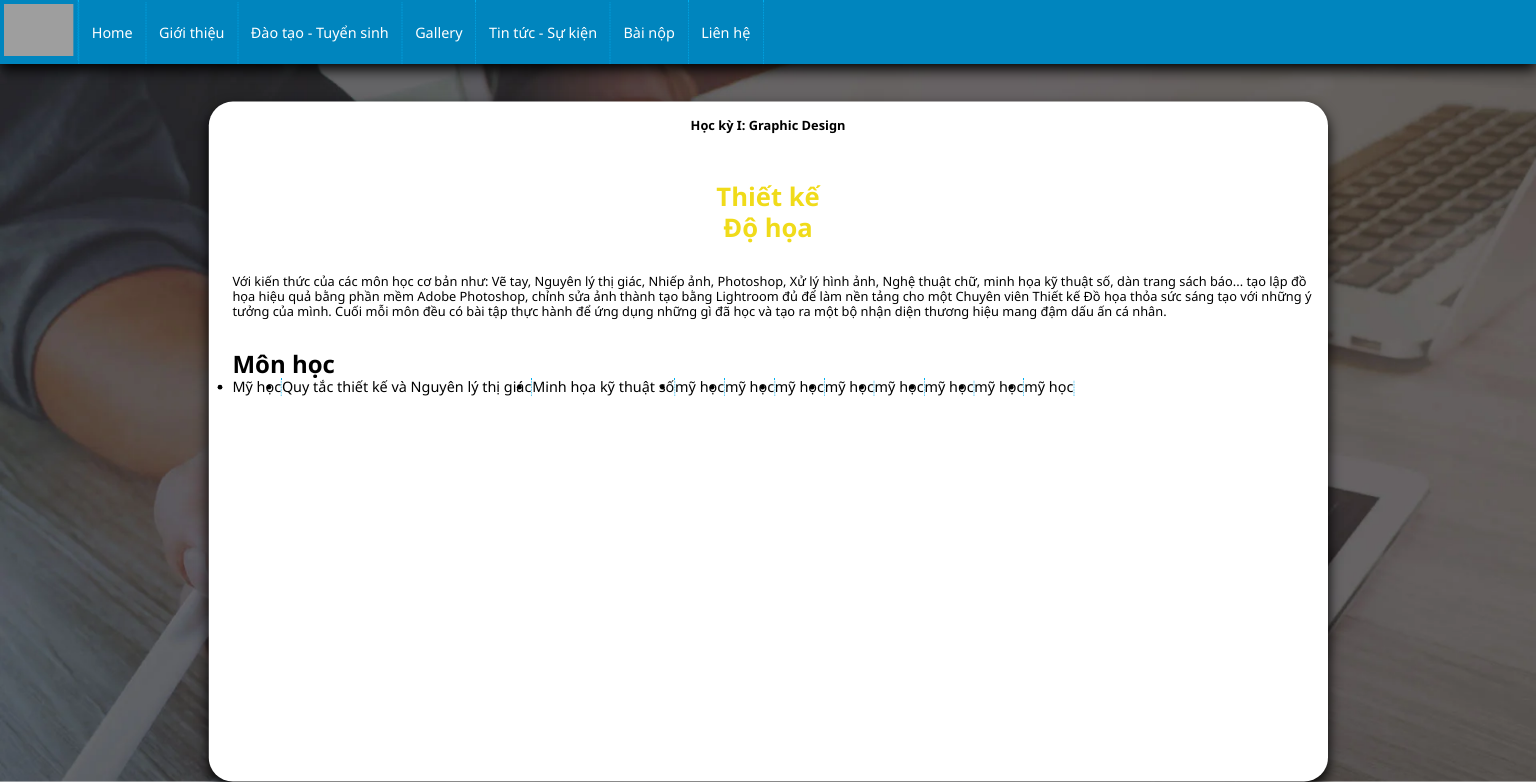
Repository: arena-dttan/dcw-final-exam-d2107m1
Page: final-list/DCW_Final_5_Nguyen-Thi-Thu-Huong_D2107M1/chuong-trinh-dao-tao.html
The author's editor kept a copy of each file at every save. The page is drawn from the files as they stood at one save, then again after a run of saves.
The browser window is 1280 px wide. The page is 1920 px wide, so the pictures cover 1920 px, including what lies to the right of the window. The pictures show the whole page, at 80% of full size.
Pictures or frames that could not be fetched are drawn as grey boxes.

Above is the page before, as saved 2022-06-26 19:48:42.

After the next 4 saves:
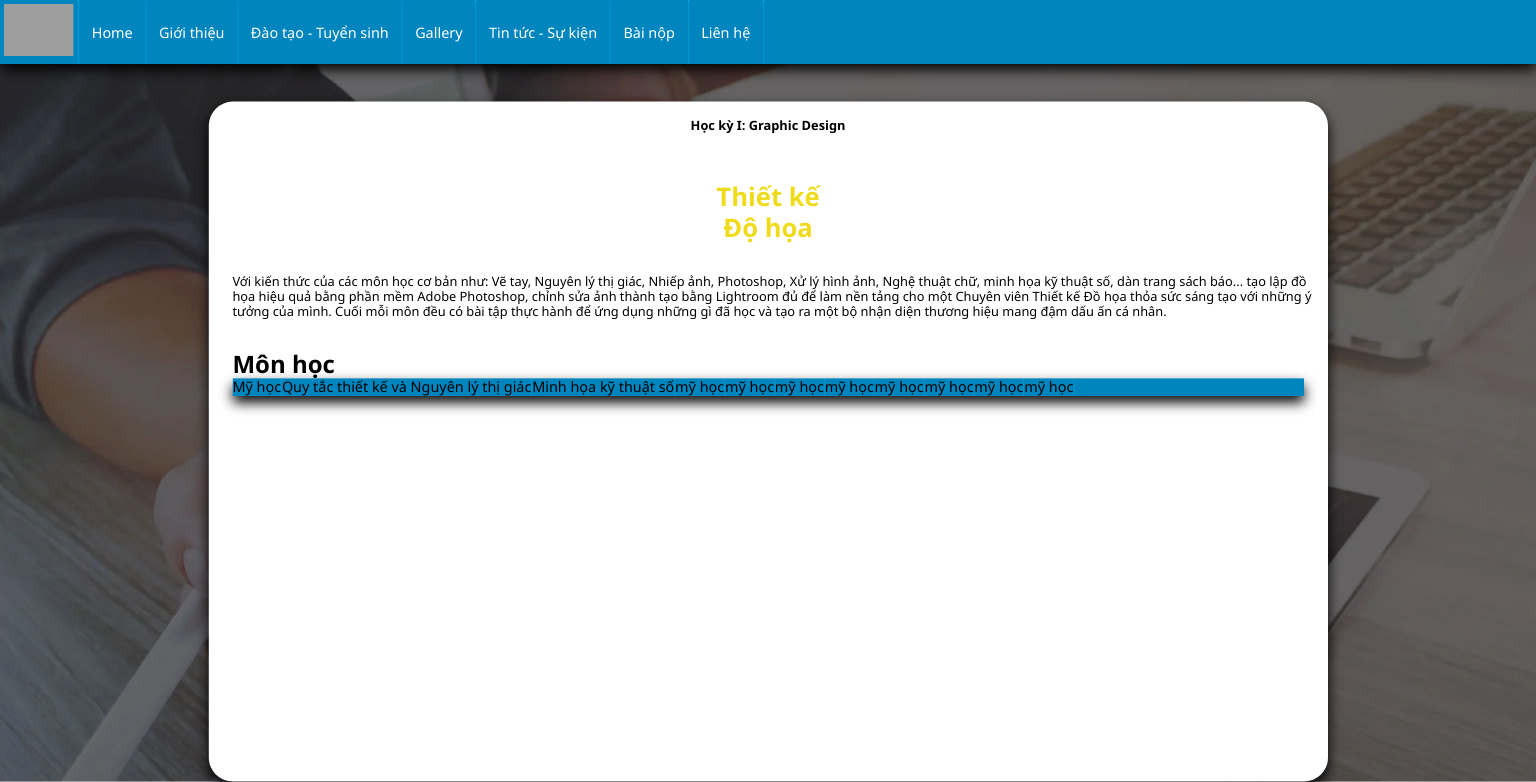
The 4 saves are shown as one change because they came seconds apart.
The last was saved 29 s later.
--- a/final-list/DCW_Final_5_Nguyen-Thi-Thu-Huong_D2107M1/chuong-trinh-dao-tao.html
+++ b/final-list/DCW_Final_5_Nguyen-Thi-Thu-Huong_D2107M1/chuong-trinh-dao-tao.html
@@ -79,7 +79,7 @@
                             <br>
                         </p>
                         <h3><b>Môn học</b></h3>
-                        <ul class="a b">
+                        <ul id="a b">
                             <li>Mỹ học</li>
                             <li>Quy tắc thiết kế và Nguyên lý thị giác</li>
                             <li>Minh họa kỹ thuật số</li>

After the 6 saves that followed:
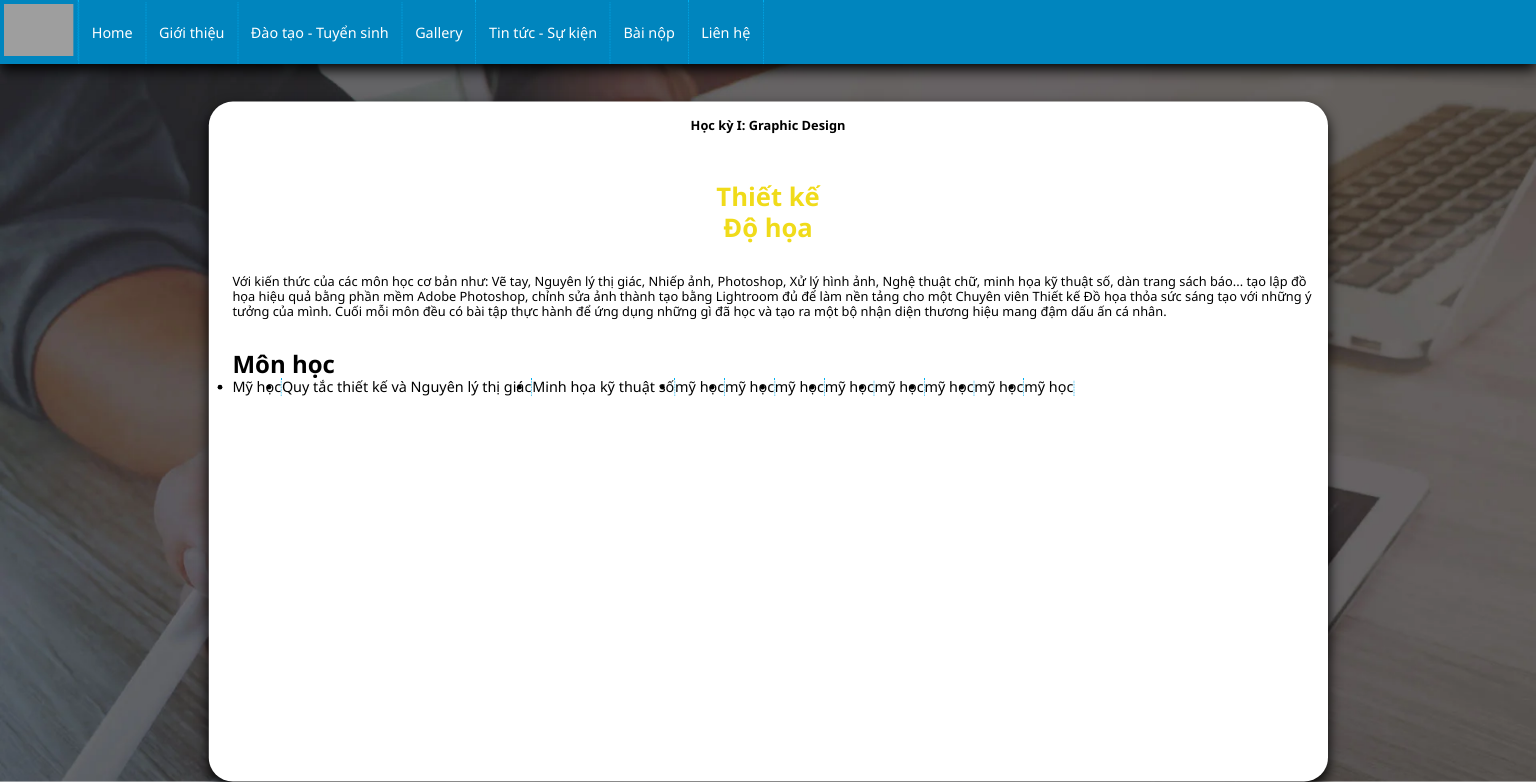
The 6 saves are shown as one change because 2 left the picture as it was and some came seconds apart.
The last was saved 42 s later.
--- a/final-list/DCW_Final_5_Nguyen-Thi-Thu-Huong_D2107M1/chuong-trinh-dao-tao.html
+++ b/final-list/DCW_Final_5_Nguyen-Thi-Thu-Huong_D2107M1/chuong-trinh-dao-tao.html
@@ -30,7 +30,7 @@
 <body id="container">
 
 
-    <div class="main-menu">
+    <div id="main-menu">
         <ul class="menu">
             <li ><img style="height: 65px; margin: 5px;;" src="images/logo.webp" alt="logo"> </li>
             <li class="home">
@@ -79,7 +79,7 @@
                             <br>
                         </p>
                         <h3><b>Môn học</b></h3>
-                        <ul id="a b">
+                        <ul class="a b">
                             <li>Mỹ học</li>
                             <li>Quy tắc thiết kế và Nguyên lý thị giác</li>
                             <li>Minh họa kỹ thuật số</li>
--- a/final-list/DCW_Final_5_Nguyen-Thi-Thu-Huong_D2107M1/index.css
+++ b/final-list/DCW_Final_5_Nguyen-Thi-Thu-Huong_D2107M1/index.css
@@ -218,7 +218,7 @@ h3 {
 ul.a {
     all: unset
 }
-*ul.a b {
+*ul#a b {
     list-style-type: circle;
     display: block;
 }
